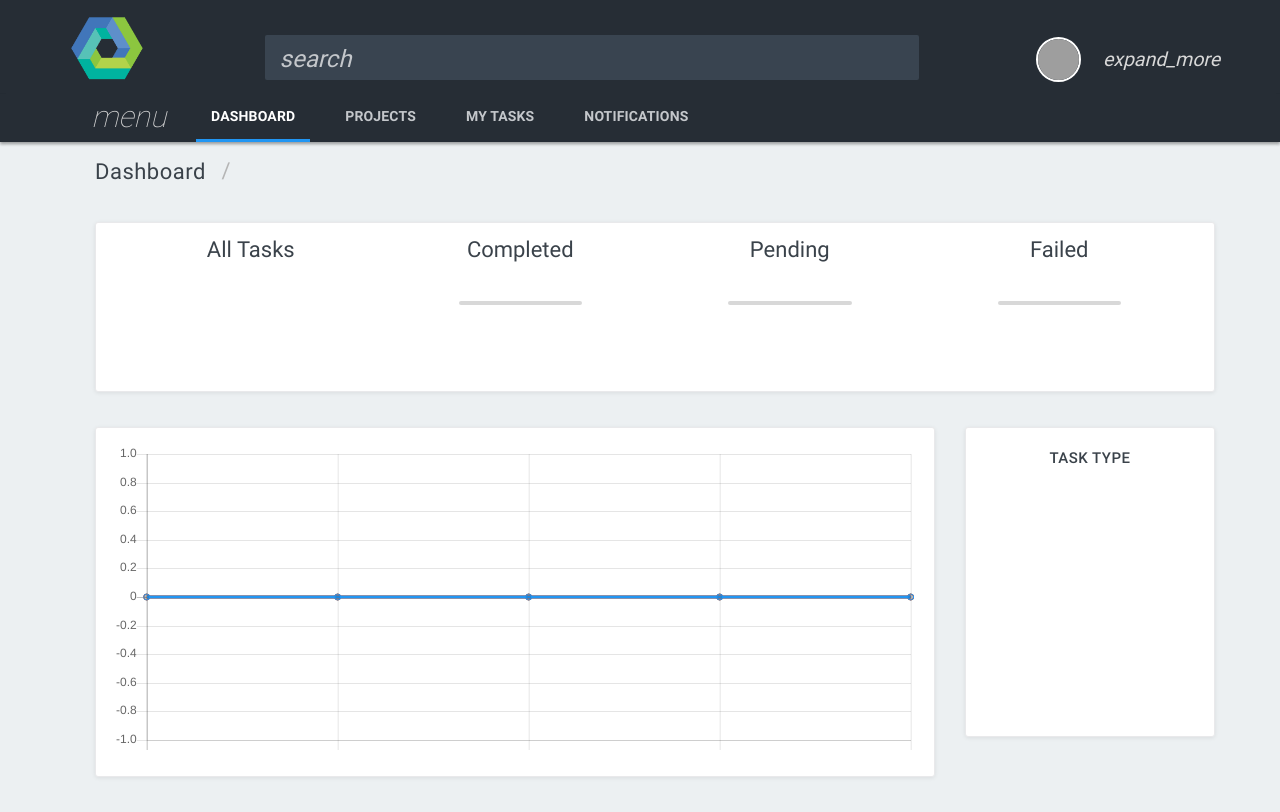
Repository: RenanChagas/ProjectManagement
Page: http://localhost/finalproject/WEB-INF/views/dashboard.jsp
An editor plug-in stored every save of this project. The page is shown before and after the next save, followed by the edit.
The browser window is 1280 px wide. The pictures show the whole page.
Pictures or frames that could not be fetched are drawn as grey boxes. The page is served by Tomcat 9. Nobody is signed in. Other server files are loaded and not shown. The template is opened directly, without the code that normally fills it, so the values that code supplies are empty.

Above is the page before, as saved 2017-12-01 14:21:45.

### finalproject/src/main/webapp/WEB-INF/views/dashboard.jsp
<%@ page language="java" contentType="text/html; charset=ISO-8859-1" pageEncoding="ISO-8859-1"%>
<%@ taglib prefix="c" uri="http://java.sun.com/jsp/jstl/core"%>
<%@ taglib prefix="form" uri="http://www.springframework.org/tags/form"%>
<%@ taglib prefix="t" uri="http://www.springframework.org/tags"%>

<!DOCTYPE html>
<html lang="en">
<head>
  <meta http-equiv="Content-Type" content="text/html; charset=UTF-8"/>
  <meta name="viewport" content="width=device-width, initial-scale=1, maximum-scale=1.0"/>
  <title>Course Management</title>

  <!-- CSS  -->
  <link href="https://fonts.googleapis.com/icon?family=Material+Icons" rel="stylesheet">
  <link type="text/css" rel="stylesheet" media="screen,projection" href="<c:url value='/static/css/materialize.css' />"/>
  <link type="text/css" rel="stylesheet" media="screen,projection" href="<c:url value='/static/css/custom-css.css' />"/>

  <!--  Scripts-->
  <script src="<c:url value="/static/js/jquery-2.1.1.min.js" />"></script>
  <script src="<c:url value="/static/js/materialize.js" />"></script>
  <script src="<c:url value="/static/js/Chart.js" />"></script>
  <script src="<c:url value="/static/js/menu.js" />"></script>

  <!-- Website Logo -->
  <link rel="icon" href="<c:url value="/static/images/default/logo.png"/>">

  <script type="text/javascript">
	  $(document).ready(function() {

		  var completedTaskPerc = ${percCompletedTasks} + '%';
		  var percPendingTasks = ${percPendingTasks} + '%';
		  var percFailedTasks = ${percFailedTasks} + '%';

		  $('#completedTasks').attr('style','width: ' + completedTaskPerc);
		  $('#pendingTasks').attr('style','width: ' + percPendingTasks);
		  $('#failedTasks').attr('style','width: ' + percFailedTasks);

			//Window refresh
			if ($(window).width() <= 600) {
		      $("#MDC-dashboard-taskType").removeClass('right');
		  }

			if ($(window).width() >= 600) {
				$("#MDC-dashboard-taskType").addClass('right');
			}

	  });

	  $(window).resize(function() {
		  if ($(window).width() <= 600) {
		      $("#MDC-dashboard-taskType").removeClass('right');
		  }
		  else if ($(window).width() >= 600) {
				$("#MDC-dashboard-taskType").addClass('right');
			}
	  });

	  $("#search").keypress(function(event) {
		    if (event.which == 13) {
		        event.preventDefault();

		    }
		});
  </script>

</head>
<body>
<c:set var="contextPath" value="${pageContext.request.contextPath}"/>

	<!-- NAV TOP  -->
	<nav id="logo_nav" class="MDC-navbar-style MDC-shadow-0 hide-on-small-and-down">
    	<div class="nav-wrapper MDC-nav-margin">
    		<!--  NAV CONTAINER -->
      		<div class="row MDC-nav-top-container ">

        	<!-- Logo -->
        	<div class="col s12 m3 l2">
          		<div class="MDC-nav-logo-position">
          			<img src="<c:url value="/static/images/default/logo.png"/>" class="MDC-nav-logo-size"/>
          		</div>
        	</div>

        	<!-- Search -->
        	<div class="col s12 m7 l7">
          		<div class="MDC-nav-search-position">
            	<form:form id="searchForm" action="/finalproject/search?string" method="POST" modelAttribute="search">
              		<div class="input-field">
                		<form:input id="input_text" type="search" class="MDC-nav-search-focus" path="string" />
                		<label class="label-icon" for="search"><i class="material-icons MDC-nav-search-focus">search</i></label>
                  		<i class="material-icons MDC-nav-search-focus">close</i>
              		</div>
            	</form:form>
          		</div>
        	</div>

        	<!-- Avatar -->
        	<div class="col s12 m2 l3">
          		<div class="MDC-nav-account-position">
	            	<!-- Dropdown Trigger -->
	            	<a class="dropdown-button " data-beloworigin="true"
	               		href='#' data-activates='account-dropdown'>
	               		<div class="MDC-nav-account-option-position hide-on-med-and-down">
	                		 <i class="material-icons MDC-icon-small MDC-color-grey-light">expand_more</i>
	               		</div>
	               		<span class="MDC-login-text MDC-nav-account-text-position
	               					MDC-color-grey-light hide-on-med-and-down">
	                 	${user.username}
	               		</span>
	               		<img src="<c:url value="/static/images/avatar/${user.username}/${user.username}.png"/>"
	               				class="MDC-avatar-circle-small mdc-nav-avatar-position"/>
	            	</a>
	            	<!-- Dropdown Structure -->
	            	<ul id='account-dropdown' class='dropdown-content MDC-nav-account-dropdown-position'>
	              		<li><a id="profile" class="modal-trigger MDC-color-grey-dark-2 MDC-font-15" href="${contextPath}/profile">Profile</a></li>
	              		<li class="divider"></li>
	              		<li><a class="MDC-color-grey-dark-2 MDC-font-15" href="${contextPath}/logout">Logout</a></li>
	            	</ul>
          		</div>
        	</div>

			</div>
			<!--  NAV CONTAINER - END-->
		</div>
	</nav>
	<!-- NAV TOP - END -->

  <!-- NAV MENU  -->
  <div class="MDC-menu-fullWidth">
    <div class="MDC-shadow-bottom">
      <header class="MDC-shadow-bottom">
        <nav id="menu_nav" class="MDC-navbar-menu-size MDC-navbar-style MDC-shadow-0 MDC-nav-margin">
          <div class="nav-wrapper MDC-nav-margin MDC-left">
            <!-- MENU ROW -->
            <div class="row">
              <div class="col">
                <div class="MDC-nav-menu-container">

                  <ul id="nav-mobile" class="MDC-nav-menu-ul left left-align">
                    <a href="#" id="mobile-icon" onclick="openNav()" class="left MDC-padding-mobile-0
                    MDC-hover-none">
                      <i class="material-icons MDC-nav-tabs-icon MDC-color-grey-light">
                        menu
                      </i>
                    </a>
                    <li class="MDC-navbar-menu"><a class="active MDC-navbar-active" href="${contextPath}/dashboard">Dashboard</a></li>
                    <li class="MDC-navbar-menu"><a href="${contextPath}/projects">Projects</a></li>
                    <li class="MDC-navbar-menu"><a href="${contextPath}/task/myTasks">My Tasks</a></li>
                    <li class="MDC-navbar-menu"><a href="${contextPath}/notification">Notifications
                      </a>
                    </li>
                  </ul>
                  <div id="mySidenav" class="MDC-sidenav">
                    <a href="javascript:void(0)" class="MDC-closebtn" onclick="closeNav()">x</a>
                    <a href="${contextPath}/dashboard">Dashboard</a>
                    <a href="${contextPath}/projects">Projects</a>
                    <a href="${contextPath}/task/myTasks">My Tasks</a>
                    <a href="${contextPath}/notification">Notifications</a>
                    <a href="${contextPath}/profile">Profile</a>
                    <a href="${contextPath}/logout">Logout</a>
                  </div>

                </div>
              </div>
            </div>
            <!-- MENU ROW - END -->
          </div>
        </nav>
      </header>
    </div>
  </div>
  <!-- NAV MENU - END -->

  <!-- TITLE PAGE -->
  <div class="row  MDC-page-center MDC-page-container">
    <div class="col MDC-padding-0 left">
      <div class="MDC-page-title-size">
        <font class="MDC-h5-style MDC-color-grey-dark-2 MDC-display-inline hide-on-small-and-down">Dashboard</font>
        <font class="MDC-h5-style MDC-color-grey-light-2 MDC-display-inline MDC-relative
                     MDC-news-counterBar-position hide-on-small-and-down">/
        </font>
        <font class="MDC-h5-style MDC-color-blue MDC-display-inline">${user.username}</font>

      </div>
    </div>
  </div>
  <!-- TITLE PAGE - END -->

  <!-- RESUME CONTAINER -->
  <div class="MDC-page-center MDC-page-container">
    <!-- RESUME CONTENT -->

    <div class="row MDC-page-margin-top">
      <div class="col s12 m12 l12 MDC-padding-0 MDC-margin-right40">
        <div class="MDC-card MDC-dashboard-card-size">
          <div class="MDC-card-news-container">

            <!-- All Courses -->
            <div class="col s12 m3 l3">
              <div class="row center">
                <font class="MDC-font-22 MDC-color-grey-dark-2">
                  All Tasks
                </font>
              </div>
              <div class="row center">
                <font class="MDC-font-60 MDC-font-bold MDC-color-grey">
                  ${allTasks}
                </font>
              </div>
            </div>

            <!-- Completed Courses -->
            <div class="col s12 m3 l3">
              <div class="row center">
                <font class="MDC-font-22 MDC-color-grey-dark-2">
                  Completed
                </font>
              </div>
              <div class="row center">
                <font class="MDC-font-60 MDC-font-bold MDC-color-grey ">
                  ${completedTasks}
                </font>
                <div class="progress MDC-progressBar-50 MDC-margin-0 MDC-top15 MDC-background-grey-light">
                  <div id="completedTasks" class="determinate"></div>
                </div>
              </div>
            </div>

            <!-- Missing Courses -->
            <div class="col s12 m3 l3">
              <div class="row center">
                <font class="MDC-font-22 MDC-color-grey-dark-2">
                  Pending
                </font>
              </div>
              <div class="row center">
                <font class="MDC-font-60 MDC-font-bold MDC-color-grey ">
                  ${pendingTasks}
                </font>
                <div class="progress MDC-progressBar-50 MDC-margin-0 MDC-top15 MDC-background-grey-light">
                  <div id="pendingTasks" class="determinate yellow darken-2"></div>
                </div>
              </div>
            </div>

            <!-- Overdue Courses -->
            <div class="col s12 m3 l3">
              <div class="row center">
                <font class="MDC-font-22 MDC-color-grey-dark-2">
                  Failed
                </font>
              </div>
              <div class="row center">
                <font class="MDC-font-60 MDC-font-bold MDC-color-grey ">
                  ${failedTasks}
                </font>
                <div class="progress MDC-progressBar-50 MDC-margin-0 MDC-top15 MDC-background-grey-light">
                  <div id="failedTasks" class="determinate red darken-1"></div>
                </div>
              </div>
            </div>

          </div>
        </div>
      </div>
    </div>
    <!-- RESUME CONTENT - END -->

    <!-- Graphics -->
    <div class="row">
      <div class="col m9 l9 MDC-padding-0  hide-on-small-and-down left">
        <div class="MDC-card MDC-dashboardGraphics-card-size">
          <div class="MDC-card-news-container">

            <div>
                <canvas class="MDC-margin-top20 " id="chartjs-Months" width="100" height="320"></canvas>
            </div>
            <script type="text/javascript">


            new Chart(document.getElementById("chartjs-Months"), {

              type: 'line',
              data: {
                labels: ["" + "${months[4]}" + "", "" + "${months[3]}" + "", "" + "${months[2]}" + "", "" + "${months[1]}" + "", "" + "${months[0]}" + ""],
                datasets: [
                  {
                    label: "Tasks Completed",
                    borderColor: "#2196F3",
                    data: ["" + "${completedTasksNumber[4]}" + "","" + "${completedTasksNumber[3]}" + "","" + "${completedTasksNumber[2]}" + "","" + "${completedTasksNumber[1]}" + "", "" + "${completedTasksNumber[0]}" + ""],
                    fill: false,
                    lineTension: 0.2
                  },
                  {
                    label: "Tasks Failed",
                    borderColor: "#e53935",
                    data: ["" + "${failedTasksNumber[4]}" + "","" + "${failedTasksNumber[3]}" + "","" + "${failedTasksNumber[2]}" + "","" + "${failedTasksNumber[1]}" + "", "" + "${failedTasksNumber[0]}" + ""],
                    fill: false,
                    lineTension: 0.2
                  },
                  {
                    label: "Tasks Pending",
                    borderColor: "#fbc02d",
                    data: ["" + "${pendingTasksNumber[4]}" + "","" + "${pendingTasksNumber[3]}" + "","" + "${pendingTasksNumber[2]}" + "","" + "${pendingTasksNumber[1]}" + "", "" + "${pendingTasksNumber[0]}" + ""],
                    fill: false,
                    lineTension: 0.2
                  }
                ]
              },
              "options":{
                "legend": {
                  display: false
                },
                "responsive": true,
                "maintainAspectRatio": false,
                "scales": {
                  "xAxes": [{
                            "gridLines": {
                              display:true
                            }
                  }],
                  "yAxes": [{
                            "gridLines": {
                              display:true
                            }
                            }]
                  }
              }
            });
            </script>

          </div>
        </div>
      </div>

      <!-- Courses -->
      <div class="col s12 m2 l3 MDC-padding-0 right">
        <div id="MDC-dashboard-taskType" class="MDC-card MDC-dashboardTask-card-size right MDC-dashboard-taskType MDC-dashboard-padding-bottom">

          <!-- Task Title -->
          <div class="row center MDC-margin-top10">
            <font class="truncate MDC-font-15 MDC-color-grey-dark-2 MDC-font-h1">
                Task Type
              </font>
          </div>

          <!-- Image -->
          <a href="#">
            <div class="row center MDC-margin-top20">
              <div class="MDC-margin-right20 MDC-margin-left20">
                  <canvas class="MDC-margin-top20 center" id="chartjs-doughnut" width="10" height="10"></canvas>
              </div>
              <script type="text/javascript">
              new Chart(document.getElementById("chartjs-doughnut"), {
                type: 'doughnut',
                data: {
                  labels: ["Bug", "Test"],
                  datasets: [ {
                    data: [
                      "" + "${taskTypeBug}" + "",
                      "" + "${taskTypeTest}" + ""
                    ],
                    backgroundColor: [
                    "#e53935",
                    "#2196F3",
                    ],
                    label: ""
                  }]
                },
                "options":{
                  "legend": {
                    display: false,
                    top: "50",
                    position: "bottom"
                  },
                  animation: {
                  animateScale: true,
                  animateRotate: true
                  }
                }
              });
              </script>
            </div>
          </a>

          <!-- Task Description -->
          <div class="row center MDC-margin-bottom-10">
            <font class="truncate MDC-font-16-2 MDC-color-grey MDC-font-h1
                        MDC-uppercase-none">
               ${months[0]}
            </font>
          </div>

        <!-- CARD END -->
        </div>
      </div>
      <!-- Courses END -->


    </div>


  </div>
  <!-- RESUME CONTAINER - END -->

</body>
</html>

Loaded but not shown: finalproject/src/main/webapp/static/css/materialize.css (library); finalproject/src/main/webapp/static/js/jquery-2.1.1.min.js (library); finalproject/src/main/webapp/static/js/materialize.js (library); finalproject/src/main/webapp/static/js/Chart.js (library); finalproject/src/main/webapp/static/js/menu.js (49 lines, source omitted); finalproject/src/main/webapp/static/css/custom-css.css (1593 lines, source omitted)

After the next save:
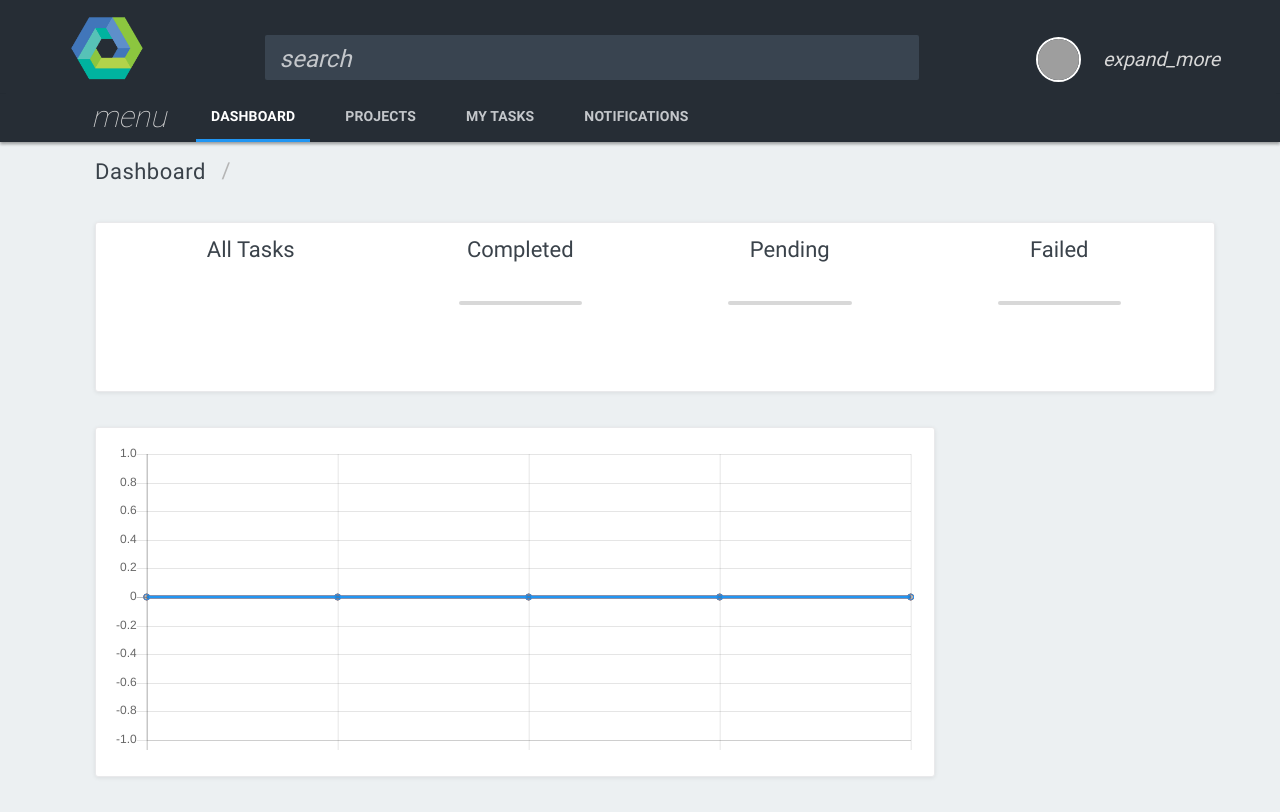
Saved 10 s later.
--- a/finalproject/src/main/webapp/WEB-INF/views/dashboard.jsp
+++ b/finalproject/src/main/webapp/WEB-INF/views/dashboard.jsp
@@ -333,7 +333,7 @@
       </div>
 
       <!-- Courses -->
-      <div class="col s12 m2 l3 MDC-padding-0 right">
+      <div class="col s12 m2 l3 MDC-padding-0 right" hidden>
         <div id="MDC-dashboard-taskType" class="MDC-card MDC-dashboardTask-card-size right MDC-dashboard-taskType MDC-dashboard-padding-bottom">
 
           <!-- Task Title -->

After the 2 saves that followed:
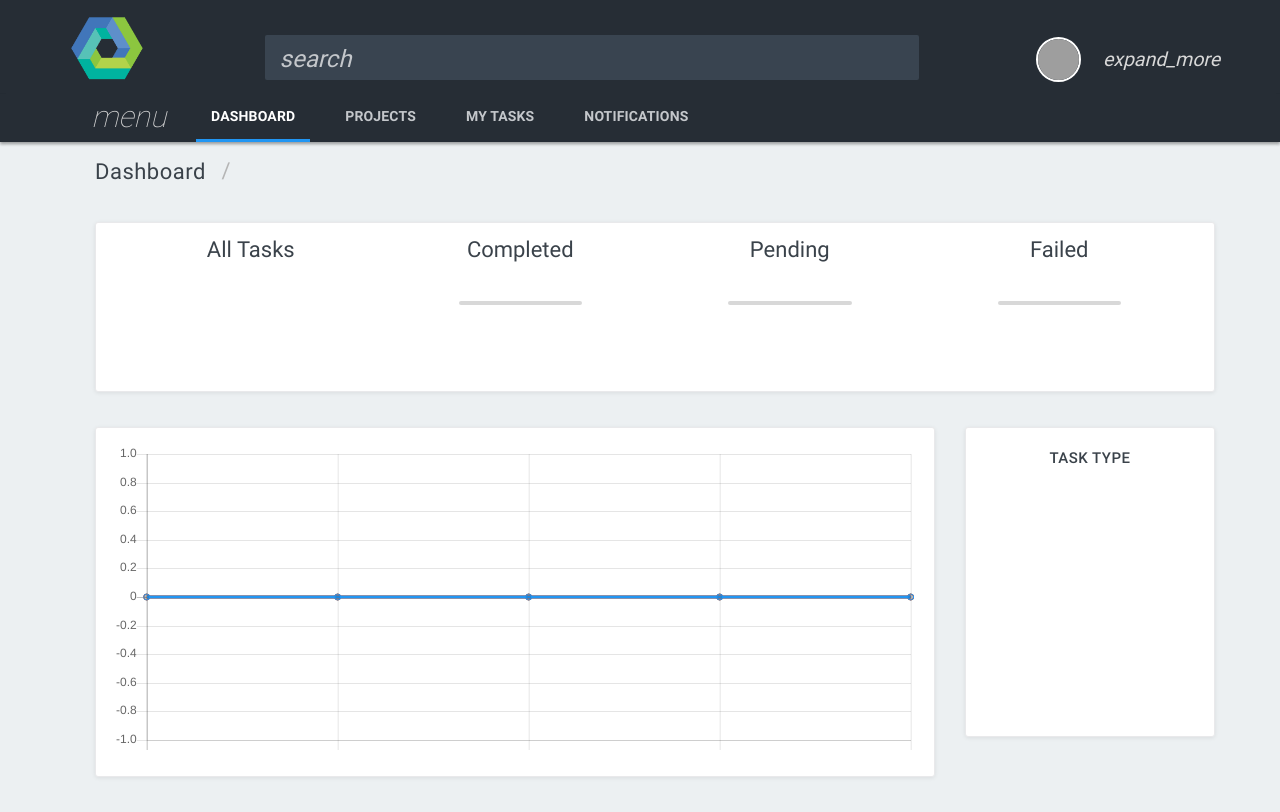
The 2 saves are shown as one change because 1 left the picture as it was.
The last was saved 39 s later.
--- a/finalproject/src/main/webapp/WEB-INF/views/dashboard.jsp
+++ b/finalproject/src/main/webapp/WEB-INF/views/dashboard.jsp
@@ -333,7 +333,7 @@
       </div>
 
       <!-- Courses -->
-      <div class="col s12 m2 l3 MDC-padding-0 right" hidden>
+      <div class="col s12 m2 l3 MDC-padding-0 right">
         <div id="MDC-dashboard-taskType" class="MDC-card MDC-dashboardTask-card-size right MDC-dashboard-taskType MDC-dashboard-padding-bottom">
 
           <!-- Task Title -->
